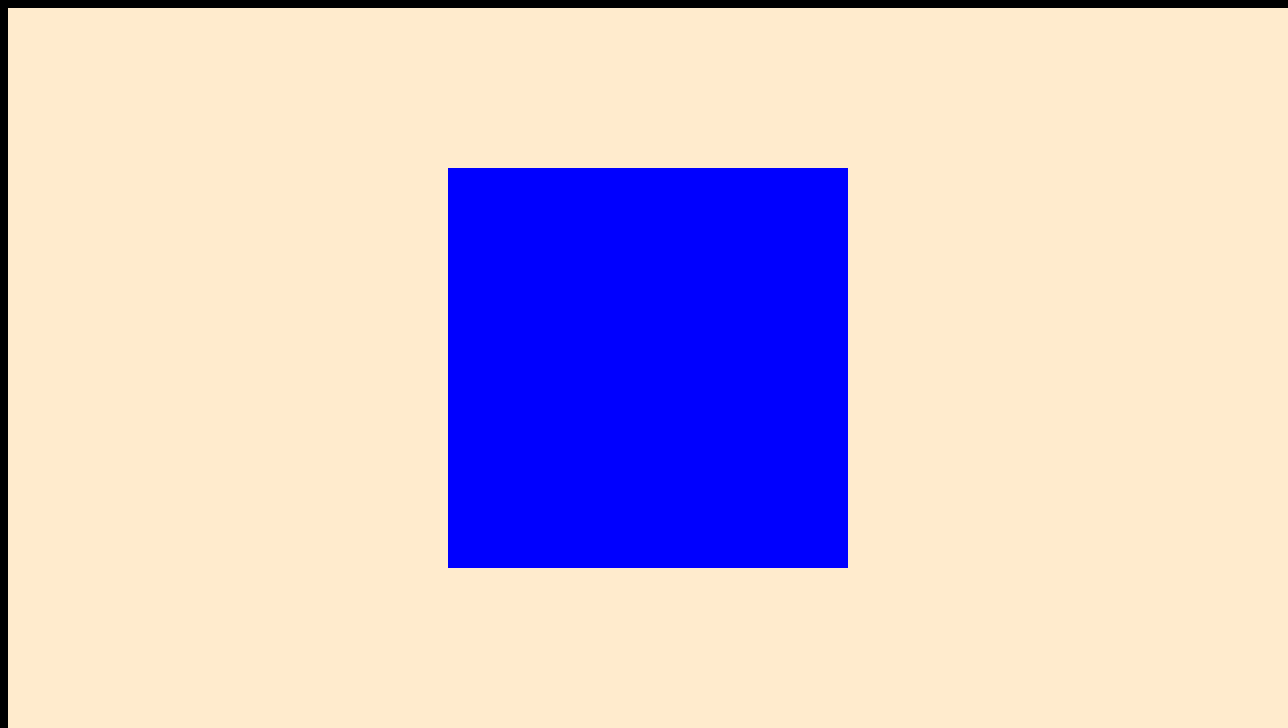
Repository: DorivalJunior14/Projeto-social
Page: index.html
The author's editor kept a copy of each file at every save. The page is drawn from the files as they stood at one save, then again after a run of saves.
The browser window is 1280 px wide. The page is 1288 px wide, so the pictures cover 1288 px, including what lies to the right of the window. The pictures show the whole page.

Above is the page before, as saved 2022-06-24 12:36:20.

### index.html
<!DOCTYPE html>
<html lang="pt-br">
<head>
    <meta charset="UTF-8">
    <meta http-equiv="X-UA-Compatible" content="IE=edge">
    <meta name="viewport" content="width=device-width, initial-scale=1.0">
    <link rel="shortcut icon" href="favicon.ico" type="image/x-icon">
    <link rel="stylesheet" href="estilos/style.css">
    <title>Projeto redes sociais</title>

</head>
<body>
  <main>
    <section id="telefone">
    </section>
    <section id="redes-sociais">
    </section>
  </main>
</body>
</html>

### estilos/style.css
@charset "UTF-8"

*{
    margin: 0px;
    padding: 0px;
    font-family: Arial, Helvetica, sans-serif;
}

html, body {
    height: 100vh;
    width: 100vw;
    background-color: black;

}

main {
    position: relative;
    height: 100vh;
    background-color: blanchedalmond;
}

section#telefone {
    position: absolute;
    top: 50%;
    left: 50%;
    transform: translate(-50%,-50%);
    height: 400px;
    width: 400px;
    background-color: blue;
    background: url(".../'imagens/frame-iphone.png');
    transform: translate(-50%,-50%);


}

After the next 2 saves:
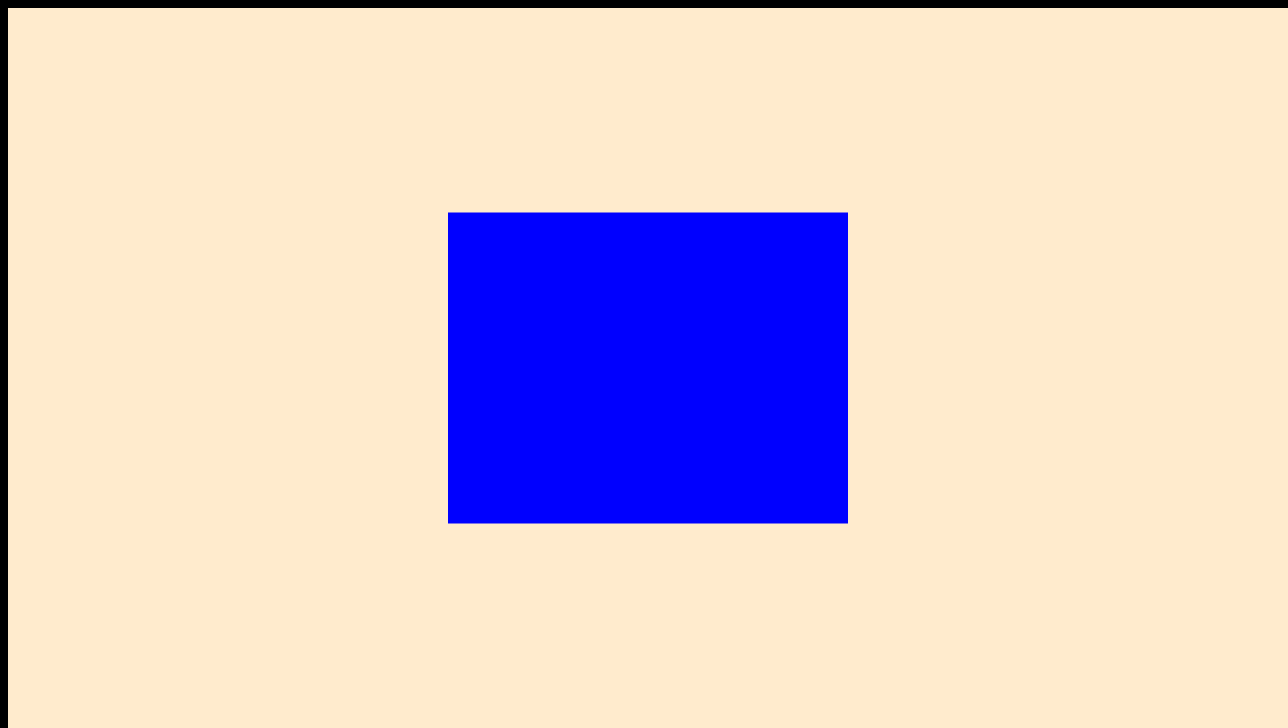
The 2 saves are shown as one change because they came seconds apart.
The last was saved 39 s later.
--- a/estilos/style.css
+++ b/estilos/style.css
@@ -24,7 +24,7 @@ section#telefone {
     top: 50%;
     left: 50%;
     transform: translate(-50%,-50%);
-    height: 400px;
+    height: 311px;
     width: 400px;
     background-color: blue;
     background: url(".../'imagens/frame-iphone.png');
